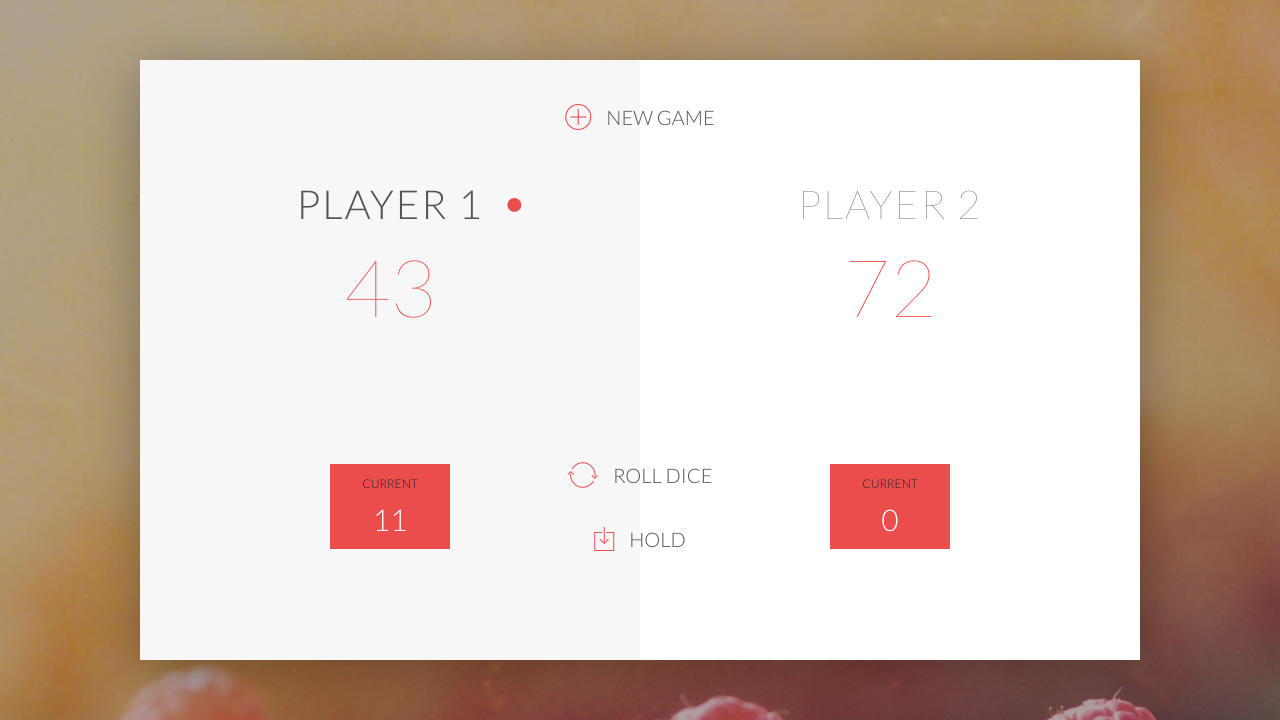
Repository: hexanek/hexanek.github.io
Page: pig-game/index.html
The author's editor kept a copy of each file at every save. The page is drawn from the files as they stood at one save, then again after the next save.
The browser window is 1280 px wide. The pictures show the whole page.

Above is the page before, as saved 2019-12-17 21:17:53.

After the next save:
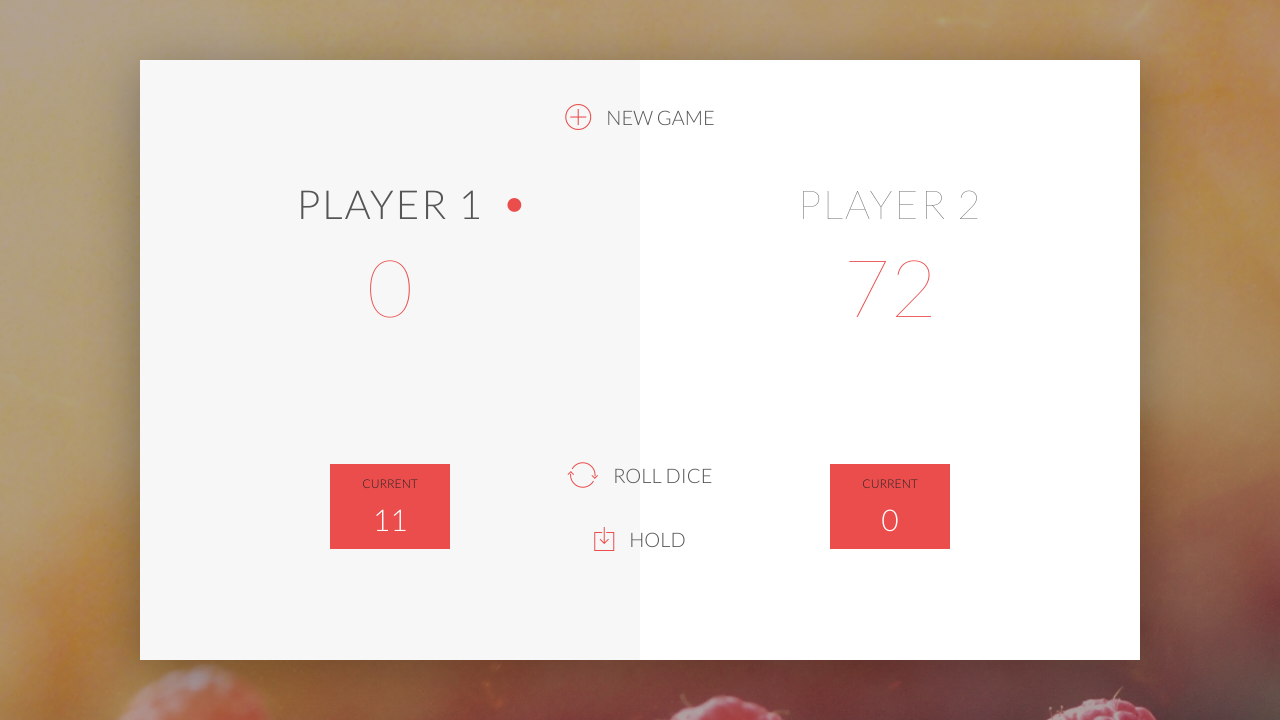
Saved 56 s later.
--- a/pig-game/app.js
+++ b/pig-game/app.js
@@ -18,6 +18,8 @@ activePlayer = 0;
 
 
 //document.querySelector('#current-'+ activePlayer).textContent = dice;
+document.getElementById('score-0').textContent = '0';
+
 
 document.querySelector('.dice').style.display = 'none';
 
